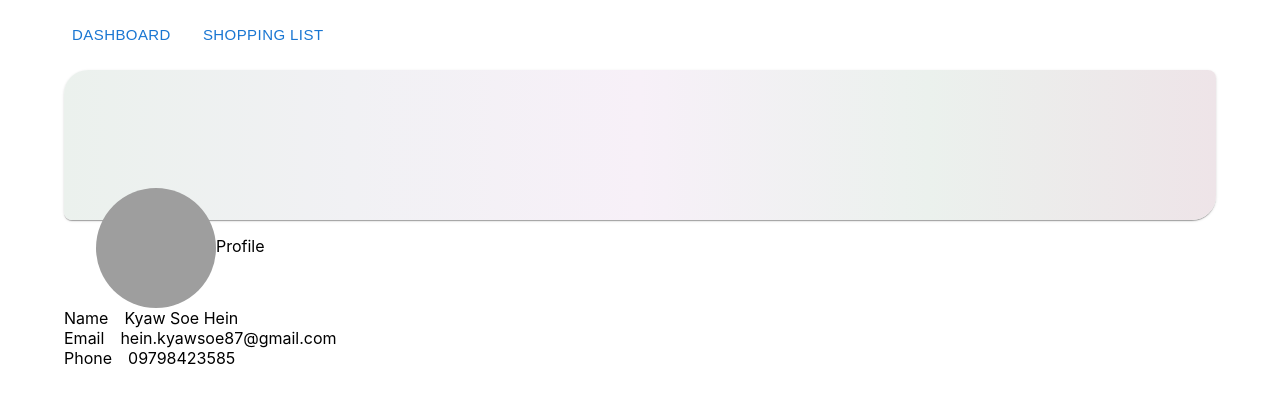
Repository: KyawSoeHein/GoogleAuthReact
Page: /
The author's editor kept a copy of each file at every save. The page is drawn from the files as they stood at one save, then again after the next save.
The browser window is 1280 px wide. The pictures show the whole page.
Pictures or frames that could not be fetched are drawn as grey boxes. The project was rebuilt for these pictures with package versions that can differ from the ones it lists, and the page was loaded fresh each time.

Above is the page before, as saved 2022-02-14 19:35:18.

After the next save:
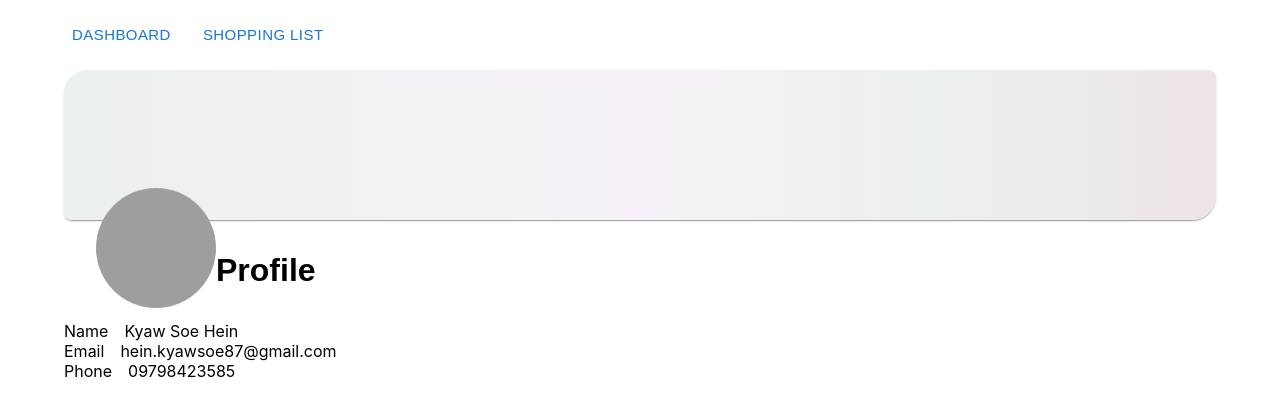
Saved 11 s later.
--- a/src/Components/CoverAndProfilePhoto.tsx
+++ b/src/Components/CoverAndProfilePhoto.tsx
@@ -25,7 +25,7 @@ const CoverAndProfilePhoto = () => {
           sx={{ width: 120, height: 120, marginTop: -4, marginLeft: 4 }}
         />
 
-        <p>Profile</p>
+        <p className="profileTitle">Profile</p>
       </Stack>
     </div>
   );
